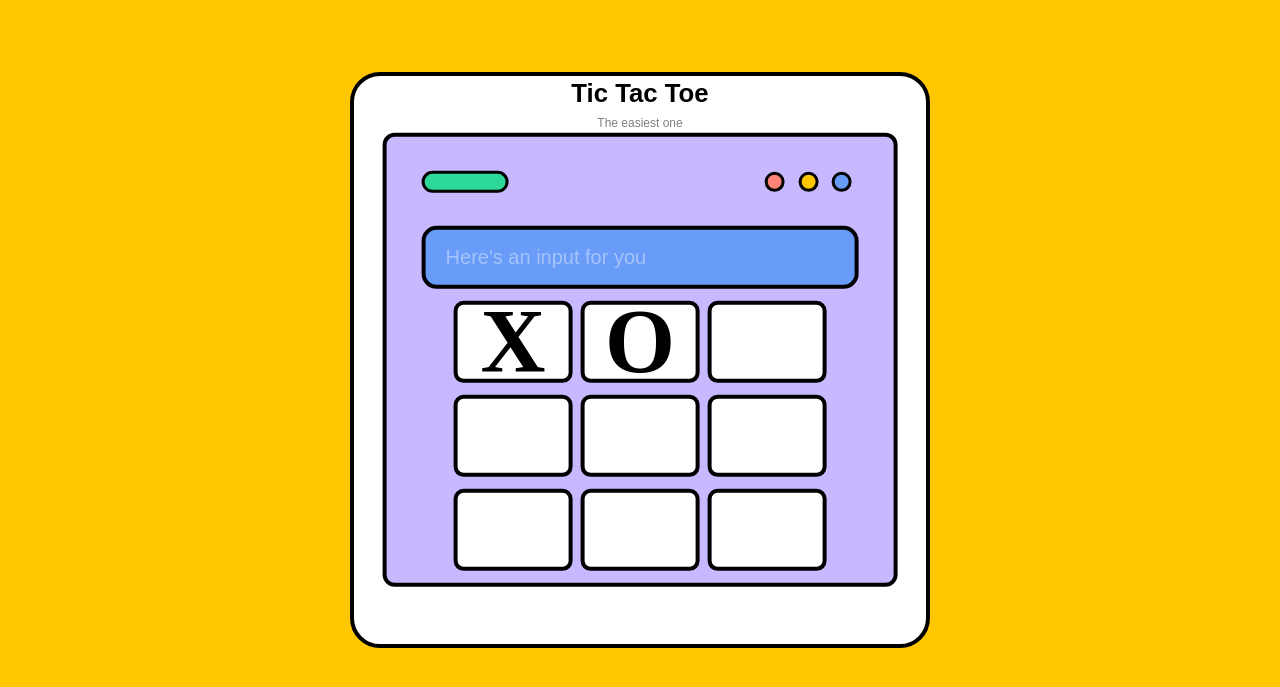
Repository: ThisIsSahaj/Js-Projects
Page: TIcTacToe/index.html
An editor plug-in stored every save of this project. The page is shown before and after the next save, followed by the edit.
The browser window is 1280 px wide. The pictures show the whole page.

Above is the page before, as saved 2024-05-04 10:18:23.

After the next save:
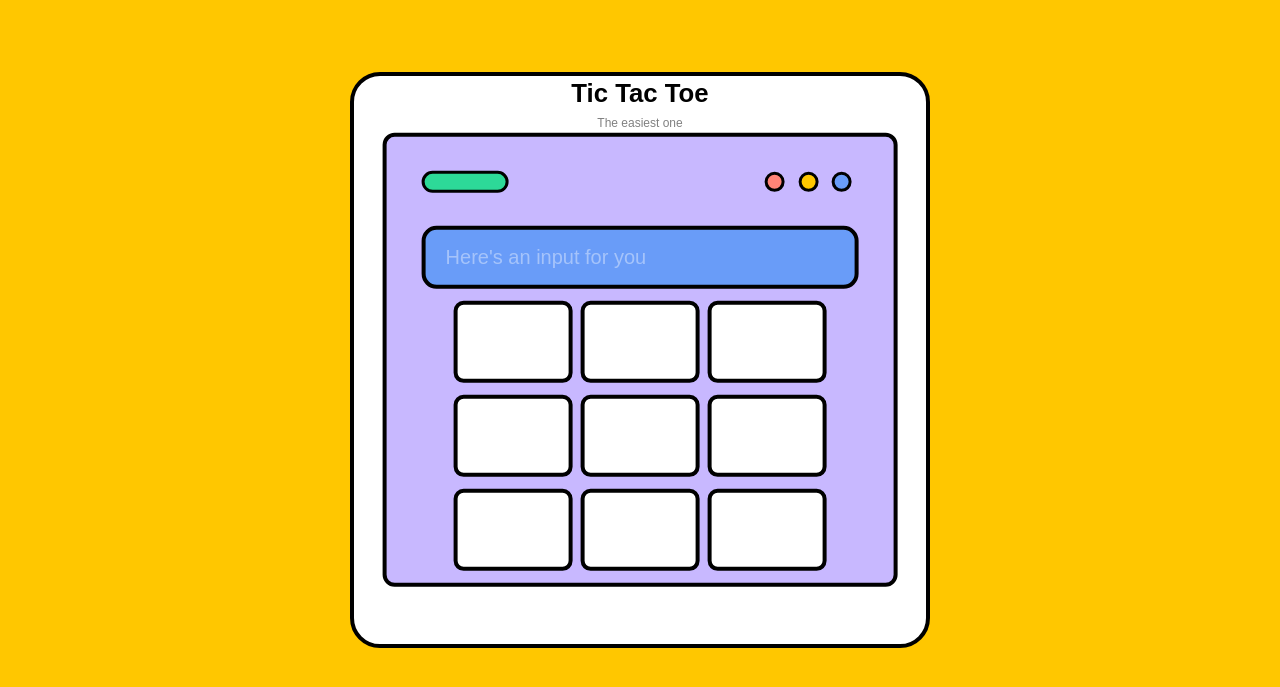
Saved 5 s later.
--- a/TIcTacToe/index.html
+++ b/TIcTacToe/index.html
@@ -44,8 +44,8 @@
 
                 <div class="content scrollbar">
                     <div class="gameBox">
-                       <div class="cell">X</div>
-                       <div class="cell">O</div>
+                       <div class="cell"></div>
+                       <div class="cell"></div>
                        <div class="cell"></div>
                        <div class="cell"></div>
                        <div class="cell"></div>
